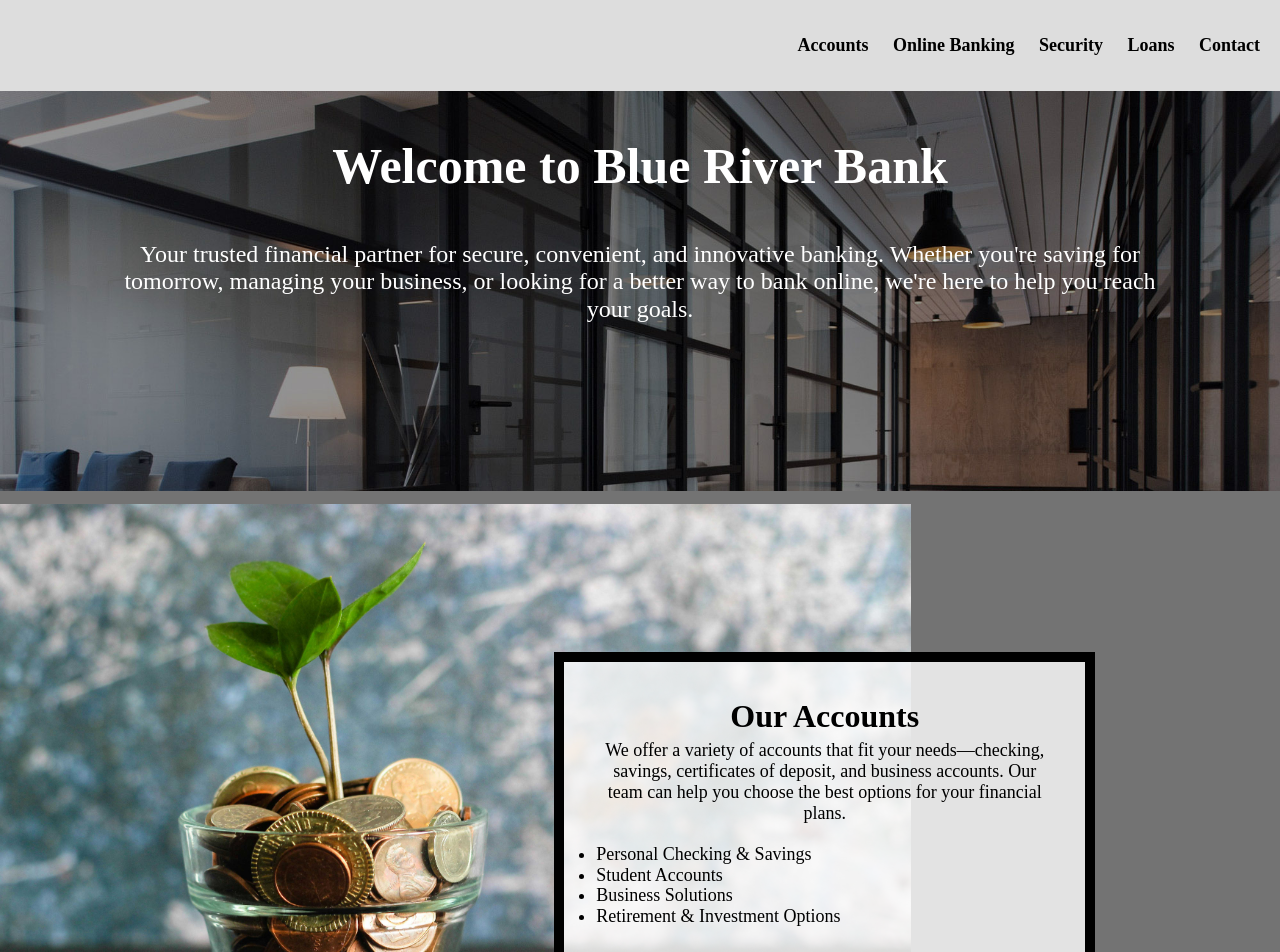
Repository: SylviaTingUM/hw3-w26
Page: bank.html
The author's editor kept a copy of each file at every save. The page is drawn from the files as they stood at one save, then again after the next save.
The browser window is 1280 px wide. The pictures show the part of the page from y = 0 to 952 px (the page is 3812 px tall).
Backgrounds fixed to the window are drawn as part of the page.

Above is the page before, as saved 2026-02-07 15:09:50.

### bank.html
<!DOCTYPE html>
<html lang="en">
  <head>
    <meta charset="utf-8">
    <meta name="viewport" content="width=device-width, initial-scale=1.0">
    <link rel="icon" type="image/png" href="images/logo-drk.png" />
    <link rel="stylesheet" href="css/html5reset.css" />
    <link rel="stylesheet" href="css/starter_style.css" />
    <link rel="stylesheet" href="css/style.css" />
    <title>Blue River Bank</title>
  </head>
  <body>
    <div class="skip"><a href="#main">Skip to Main Content</a></div>
    <header>
      <nav>
      <ul>
        <li><a href="#accounts">Accounts</a></li>
        <li><a href="#onlinebanking">Online Banking</a></li>
        <li><a href="#security">Security</a></li>
        <li><a href="#loans">Loans</a></li>
        <li><a href="#contact">Contact</a></li>
      </ul>
        </nav>
    </header>
    <main class="container" id = "main">
      <div class = "overview">
        <h1>Welcome to Blue River Bank</h1>
      <p>Your trusted financial partner for secure, convenient, and innovative banking. Whether you're saving for tomorrow, managing your business, or looking for a better way to bank online, we're here to help you reach your goals.</p>
      </div>

      <div class="accounts-image" id="accounts">
        <img src="images/accounts.jpg" alt="glass with coins and plant growing out of it">
      </div>

      <div class="accounts text-block" tabindex="0">
        <h2>Our Accounts</h2>
        <p>We offer a variety of accounts that fit your needs—checking, savings, certificates of deposit, and business accounts. Our team can help you choose the best options for your financial plans.</p>
          <br>
        <ul>
          <li>Personal Checking & Savings</li>
          <li>Student Accounts</li>
          <li>Business Solutions</li>
          <li>Retirement & Investment Options</li>
        </ul>
      </div>

      <div class="onlinebanking-image" id="onlinebanking">
        <img src="images/onlinebanking.jpg" alt="Person using laptop for online banking">
      </div>

      <div class="onlinebanking text-block" tabindex="0">
           <h2>Online Banking</h2>
        <p>Access your accounts anytime, anywhere. Our secure online banking platform allows you to manage funds, pay bills, transfer money, and monitor your financial activity with ease.</p>
           <br>
        <ul>
          <li>24/7 Account Access</li>
          <li>Mobile Banking App</li>
          <li>Instant Transfers</li>
          <li>eStatements & Alerts</li>
        </ul>
      </div>

      <div class="security-image" id="security">
        <img src="images/security.jpg" alt="bank vault">
      </div>

      <div class="security text-block" tabindex="0" >
      <h2>Security</h2>
        <p>Your security is our priority. We use the latest encryption technology to protect your personal and financial information. Review our best practices and learn how we keep your data safe.</p>
           <br>
        <ul>
          <li>Advanced Fraud Detection</li>
          <li>Multi-factor Authentication</li>
          <li>Zero Liability Policy for Unauthorized Transactions</li>
          <li>Customer Education on Cybersecurity</li>
        </ul>
      </div>

      <div class="loans-image" id="loans">
        <img src="images/loans.jpg" alt="person typing a credit card number into a computer">
      </div>

      <div class="loans text-block" tabindex="0">
     <h2>Loan & Mortgage Services</h2>
        <p>
          At Blue River Bank, we understand that life's big purchases and moments often require a little extra support. Our comprehensive loan and mortgage services are designed to help you finance your dreams, whether that's purchasing your first home, buying a car, or managing unexpected expenses.
        </p>
          <br>
        <p>
          Our experienced lending team takes the time to learn about your individual needs and financial goals. From application to approval, we offer clear guidance and competitive interest rates, making the borrowing process straightforward and transparent.We’re committed to ensuring that you feel supported every step of the way.
        </p>
        <br>
         <p>
          We pride ourselves on flexible products that work for you, not against you. No matter your situation, we strive to find solutions that fit your budget and timeline. Visit one of our branches or schedule a virtual consultation to learn how we can help you achieve your ambitions.
        </p>

      </div>

      <div class="contact-image" id="contact">
        <img src="images/contact.jpg" alt ="piggy bank"/>
      </div>

      <div class="contact text-block" tabindex="0">
        <h2>Contact Us</h2>
        <p>Have questions or need assistance? Our dedicated support team is here to help. Reach out by phone, email, or visit one of our local branches.</p>
        <br>
        <ul>
          <li>Email: support@blueriverbank.com</li>
          <li>Phone: 1-800-555-BLUE</li>
          <li>Find a Branch: <a href="https://duckduckgo.com/">Branch Locator</a></li>
        </ul>
      </div>
  </main>
    <footer>
    <p>Blue River Bank &copy; 2025. All Rights Reserved.<br/>
      Member FDIC | Equal Housing Lender</p>
    </footer>
  </body>
</html>

### css/html5reset.css
/*
html5doctor.com Reset Stylesheet
v1.6.1
Last Updated: 2010-09-17
Author: Richard Clark - http://richclarkdesign.com
Twitter: @rich_clark
*/

html, body, div, span, object, iframe,
h1, h2, h3, h4, h5, h6, p, blockquote, pre,
abbr, address, cite, code,
del, dfn, em, img, ins, kbd, q, samp,
small, strong, sub, sup, var,
b, i,
dl, dt, dd, ol, ul, li,
fieldset, form, label, legend,
table, caption, tbody, tfoot, thead, tr, th, td,
article, aside, canvas, details, figcaption, figure,
footer, header, hgroup, menu, nav, section, summary,
time, mark, audio, video {
    margin:0;
    padding:0;
    border:0;
    outline:0;
    font-size:100%;
    vertical-align:baseline;
    background:transparent;
}

body {
    line-height:1;
}

article,aside,details,figcaption,figure,
footer,header,hgroup,menu,nav,section {
	display:block;
}

nav ul {
    list-style:none;
}

blockquote, q {
    quotes:none;
}

blockquote:before, blockquote:after,
q:before, q:after {
    content:'';
    content:none;
}

a {
    margin:0;
    padding:0;
    font-size:100%;
    vertical-align:baseline;
    background:transparent;
}

/* change colours to suit your needs */
ins {
    background-color:#ff9;
    color:#000;
    text-decoration:none;
}

/* change colours to suit your needs */
mark {
    background-color:#ff9;
    color:#000;
    font-style:italic;
    font-weight:bold;
}

del {
    text-decoration: line-through;
}

abbr[title], dfn[title] {
    border-bottom:1px dotted;
    cursor:help;
}

table {
    border-collapse:collapse;
    border-spacing:0;
}

/* change border colour to suit your needs */
hr {
    display:block;
    height:1px;
    border:0;
    border-top:1px solid #dc9292;
    margin:1em 0;
    padding:0;
}

input, select {
    vertical-align:middle;
}

### css/starter_style.css
html{
  scroll-behavior: smooth;
}

body{
  background-color: #737373;
  font-size: 18px;
  line-height: 1.15;
  margin: 0;
  padding: 0;
}


.overview{
  background-attachment: fixed; /* Parallax effect */
  background-position: center;  /* Parallax effect */
  background-repeat: no-repeat; /* Parallax effect */
  background-size: cover;       /* Parallax effect */
  color: white;
  height: 400px;                /* Parallax effect */
}


.overview p{
  color: white;
  font-size: 24px;
  padding: 0 100px;
  text-align: center;
}

h1{
  font-size: 50px;
  line-height: 1;
  padding: 50px 0;
  text-align: center;
}

h2{
  font-size: 32px;
  line-height: 1.5;
}

nav li{
  display:inline;
  padding-right:20px;

}

nav a{
  color: black;
  font-weight: bold;
  text-decoration: none;
}


.skip a{
  background: white;
  left: 0;
  padding: 6px;
  -webkit-transition: top 1s ease-out;
  transition: top 1s ease-out;
  z-index: 1;
}


nav{
  background-color: #ddd;
  padding: 25px 0;
  text-align: left;
}

footer{
  background-color: black;
  color: white;
  padding-top: 30px;
  text-align: center;
}


.text-block{
  background-color: rgba(255, 255, 255, .8);
  border: 10px solid black;
  padding: 30px;
}


@media screen and (prefers-reduced-motion: reduce){
  html{
      scroll-behavior: auto; /* Removes scroll animation */
  }

  .skip a{
    -webkit-transition: none; /* sets to default setting */
    transition: none;        /* sets to default setting */
   }

  /*Turn off parallax*/
  header{
    background-attachment: initial;
  }
}

### css/style.css
/*Your Code Here*/

/*Write selector/rule property to add your border when
links in the navigation are in the hover or focus state.*/


/*Write selector/rule property to position the default position for the skip class element*/


/*Write selector/rule property to position the skip class element when it is in focus*/

/*Write selector/rule property to style all elements when in focus*/



/*Write selector/rule property to style the container */


/*Write selector/rule property to add the background image to the first div in the grid and place it in the grid. */


/* Steps 6 and 7: Write the selector/rule properties to  place the next five elements in the next
 five rows in the grid. */

      /*This will be a lot of rules.... but be strategic and combine selectors*/


 /* Step 8: Write the selector/rule property to style the .text-block class. */


/* Add your media query here */


  /* Step 10: Write the selector/rule property to style the nav element */


  /* Step 11: Write the selector/rule property to update the .container class */


  /* Steps 12 - 15: Update the grid-column property of the grid's children (where-needed)*/



 /* Step 16:Write the selector/rule property to update the .text-block class */

nav a:hover, nav a:focus {
     border: 2px dotted purple;
}
.skip a{
    position: absolute;
    top: -65px;
}
.skip a:focus {
     top: 25px;
}
*:focus {
     border: 5px dashed green
}
.container {
     display: grid;
     grid-template-columns: repeat(5, 1fr);
     gap: 13px;
}
.container > div:first-child {
     grid-column: 1 / -1;
     background-image: url('../images/header.jpg');
     background-size: cover;
     background-position: 60% 10%;
     background-repeat: no-repeat;
     background-attachment: fixed;
}
.accounts, .onlinebanking, .security, .loans, .contact {
     grid-column: 2 / span 3;
}
.accounts {
     grid-row: 2;
}
.onlinebanking {
     grid-row: 3;
}
.security {
     grid-row: 4;
}
.loans {
     grid-row: 5;
}
.contact {
     grid-row: 6;
}
.accounts-image, .onlinebanking-image, .security-image, .loans-image, .contact-image {
     grid-column: 1/-1;
     max-height: 675px;
     overflow: hidden;
}
.accounts-image {
     grid-row: 2;
}
.onlinebanking-image {
     grid-row: 3;
}
.security-image {
     grid-row: 4;
}
.loans-image {
     grid-row: 5;
}
.contact-image {
     grid-row: 6;
}
.accounts-image img, .onlinebanking-image img, .security-image img, .loans-image img, .contact-image img {
     width: 100%;
     height: 100%;
     object-fit: cover;
}
.text-block {
     align-self: center;
     padding: 30px;
     text-align: center;
}
.text-block ul {
     text-align: left;
     padding-left: 2px;
}
@media screen and (min-width: 825px){
     nav {
          text-align: right;
          padding: 35px 0 35px 0;
     }
     .container {
          grid-template-columns: repeat(7, 1fr);
     }
     .accounts, .security, .contact {
          grid-column: 4 / span 3;
     }
     .onlinebanking, .loans {
          grid-column: 2 / span 3;
     }
     .accounts-image, .security-image, .contact-image {
          grid-column: 1 / span 5;
     }
     .onlinebanking-image, .loans-image {
          grid-column: 3 / span 5;
     }
     .text-block {
          max-height: 235px;
          overflow: auto;
          align-self: center;
     }
}

After the next save:
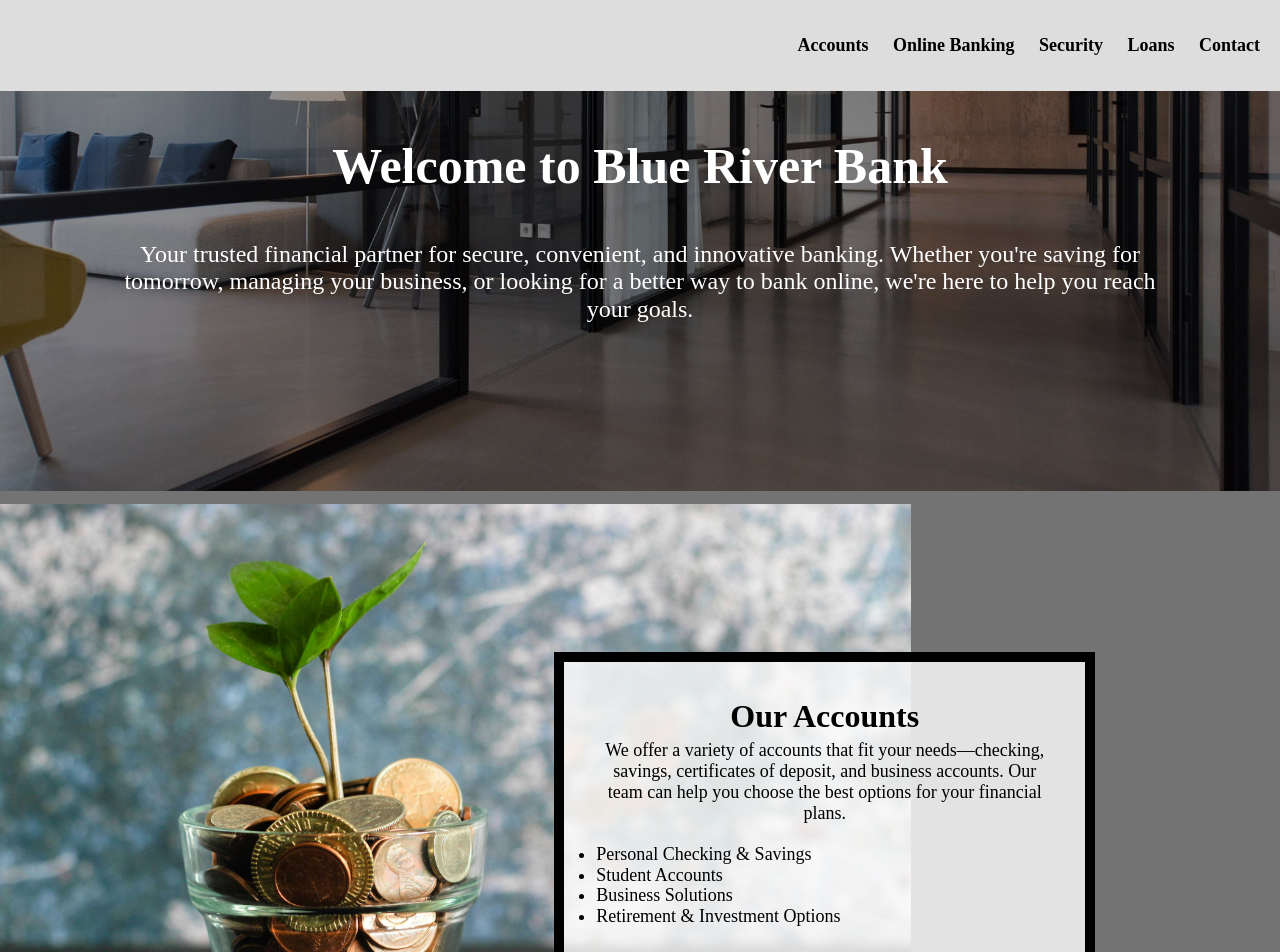
Saved 4 s later.
--- a/css/style.css
+++ b/css/style.css
@@ -65,7 +65,7 @@
      grid-column: 1 / -1;
      background-image: url('../images/header.jpg');
      background-size: cover;
-     background-position: 60% 10%;
+     background-position: 60% 80%;
      background-repeat: no-repeat;
      background-attachment: fixed;
 }

After the 3 saves that followed:
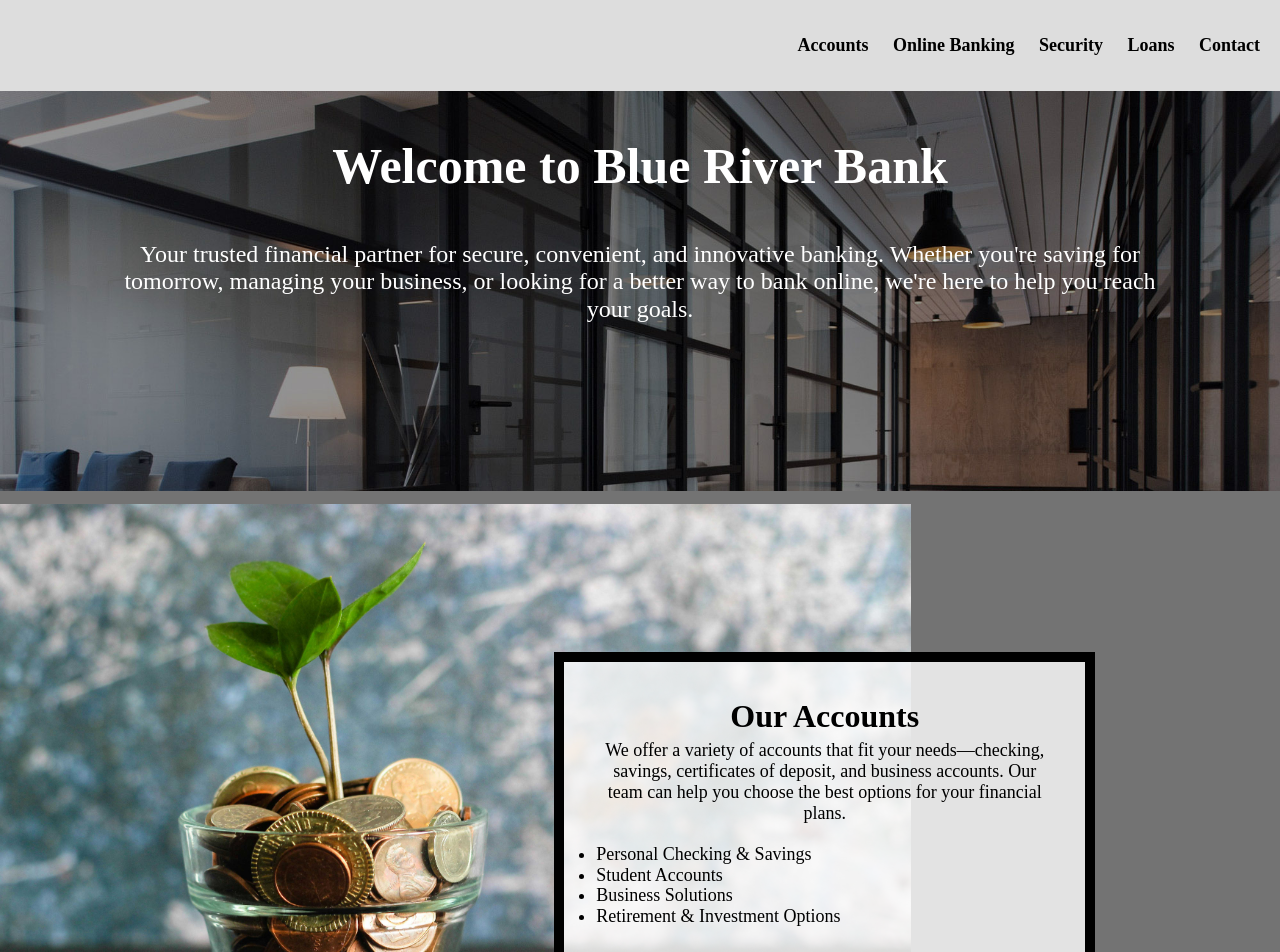
The 3 saves are shown as one change because 1 left the picture as it was and some came seconds apart.
The last was saved 81 s later.
--- a/css/style.css
+++ b/css/style.css
@@ -65,7 +65,7 @@
      grid-column: 1 / -1;
      background-image: url('../images/header.jpg');
      background-size: cover;
-     background-position: 60% 80%;
+     background-position: 62% 10%;
      background-repeat: no-repeat;
      background-attachment: fixed;
 }
